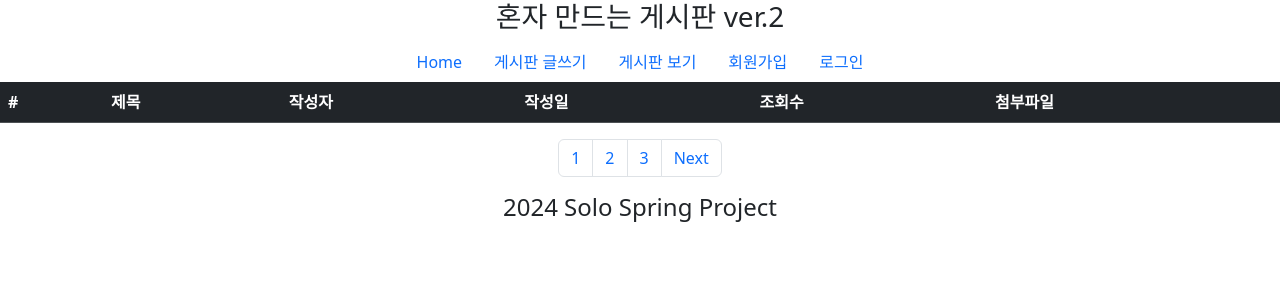
Repository: nefer2/Spring_test
Page: http://localhost/spring_test7/WEB-INF/views/board/list.jsp
An editor plug-in stored every save of this project. The page is shown before and after the next save, followed by the edit.
The browser window is 1280 px wide. The pictures show the whole page.
The page is served by Tomcat 9. Nobody is signed in. Other server files are loaded and not shown. The template is opened directly, without the code that normally fills it, so the values that code supplies are empty.

Above is the page before, as saved 2024-01-18 00:10:42.

### spring_test7/src/main/webapp/WEB-INF/views/board/list.jsp
<%@ page language="java" contentType="text/html; charset=UTF-8"
    pageEncoding="UTF-8"%>
<%@ taglib uri="http://java.sun.com/jsp/jstl/core" prefix="c" %>
<jsp:include page="../layout/header.jsp"></jsp:include>
<jsp:include page="../layout/navbar.jsp"></jsp:include>




<table class="table table-hover" style="margin-left: auto; margin-right: auto;">
  <thead class="table-dark">
    <tr>
      <th scope="col">#</th>
      <th scope="col">제목</th>
      <th scope="col">작성자</th>
      <th scope="col">작성일</th>
      <th scope="col">조회수</th>
      <th scope="col">첨부파일</th>
    </tr>
  </thead>
  <tbody class="table-group-divider">
	  <c:forEach items="${list }" var="bvo">
	    <tr>
	      <th scope="row">${bvo.bno }</th>

	      <td><a href="/board/detail?bno=${bvo.bno }" style="text-decoration:none;color: black">${bvo.title }
	      <c:if test="${bvo.cmtQty ne '0'}">[${bvo.cmtQty }]
	      </c:if>
	      </a></td>

	      <td>${bvo.writer }</td>
	      <td>${bvo.regAt }</td>
	      <td>${bvo.readCount }</td>
	      <td>${bvo.hasFile }</td>

	    </tr>
	  </c:forEach>
  </tbody>
</table>

<!-- 페이징 라인 처리 -->

<nav aria-label="Page navigation example">
  <ul class="pagination justify-content-center">

<!-- 이전 페이지 -->
<c:if test="${ph.prev }">
    <li class="page-item disabled">
      <a class="page-link" href="/board/list/?pageNo=${ph.startPage-1 }&qty=${ph.pgvo.qty}" aria-label="Prev">
      <span aria-hidden="true">&laquo;</span>
      </a>
    </li>
</c:if>

    <li class="page-item"><a class="page-link" href="#">1</a></li>
    <li class="page-item"><a class="page-link" href="#">2</a></li>
    <li class="page-item"><a class="page-link" href="#">3</a></li>
    <li class="page-item">
      <a class="page-link" href="#">Next</a>
    </li>
  </ul>
</nav>











<jsp:include page="../layout/footer.jsp"></jsp:include>

### spring_test7/src/main/webapp/WEB-INF/views/layout/header.jsp
<%@ page language="java" contentType="text/html; charset=UTF-8"
    pageEncoding="UTF-8"%>
<!DOCTYPE html>
<html>
<head>
<h3 style="text-align: center;">혼자 만드는 게시판 ver.2</h3>
</head>

### spring_test7/src/main/webapp/WEB-INF/views/layout/navbar.jsp
<%@ page language="java" contentType="text/html; charset=UTF-8"
    pageEncoding="UTF-8"%>


<script src="https://cdn.jsdelivr.net/npm/bootstrap@5.3.1/dist/js/bootstrap.bundle.min.js" integrity="sha384-HwwvtgBNo3bZJJLYd8oVXjrBZt8cqVSpeBNS5n7C8IVInixGAoxmnlMuBnhbgrkm" crossorigin="anonymous"></script>
<link href="https://cdn.jsdelivr.net/npm/bootstrap@5.3.1/dist/css/bootstrap.min.css" rel="stylesheet" integrity="sha384-4bw+/aepP/YC94hEpVNVgiZdgIC5+VKNBQNGCHeKRQN+PtmoHDEXuppvnDJzQIu9" crossorigin="anonymous">


<ul class="nav justify-content-center">

  <li class="nav-item">
    <a class="nav-link active" aria-current="page" href="/">Home</a>
  </li>
  <li class="nav-item">
    <a class="nav-link" href="/board/register">게시판 글쓰기</a>
  </li>
  <li class="nav-item">
    <a class="nav-link" href="/board/list">게시판 보기</a>
  </li>
    <li class="nav-item">
    <a class="nav-link" href="#">회원가입</a>
  </li>
    <li class="nav-item">
    <a class="nav-link" href="#">로그인</a>
  </li>
</ul>

### spring_test7/src/main/webapp/WEB-INF/views/layout/footer.jsp
<%@ page language="java" contentType="text/html; charset=UTF-8"
    pageEncoding="UTF-8"%>




<div><h4 style="text-align: center;">2024 Solo Spring Project</h4></div>

</body>
</html>

After the next save:
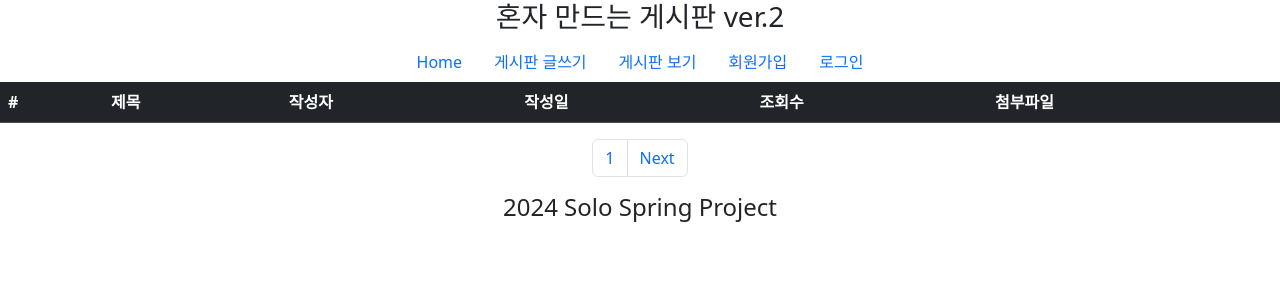
Saved 17 s later.
--- a/spring_test7/src/main/webapp/WEB-INF/views/board/list.jsp
+++ b/spring_test7/src/main/webapp/WEB-INF/views/board/list.jsp
@@ -51,10 +51,9 @@
       </a>
     </li>
 </c:if>
+<!-- 페이지번호 -->
+    <li class="page-item"><a class="page-link" href="#">1</a></li>
 
-    <li class="page-item"><a class="page-link" href="#">1</a></li>
-    <li class="page-item"><a class="page-link" href="#">2</a></li>
-    <li class="page-item"><a class="page-link" href="#">3</a></li>
     <li class="page-item">
       <a class="page-link" href="#">Next</a>
     </li>
